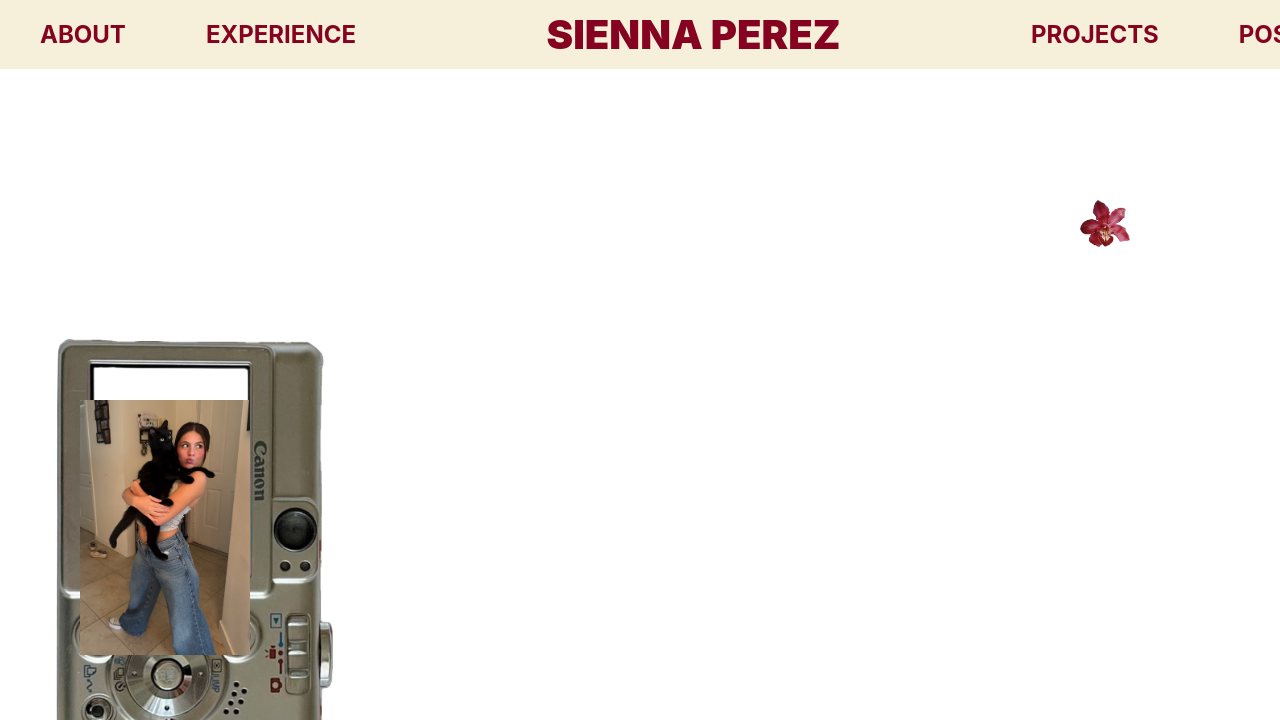
Repository: siennaperez/siennaperezweb
Page: /experience
These files come from the project's save history. The page is drawn as it stood at one moment and after the next save; the edit follows.
The browser window is 1280 px wide. The pictures show the whole page.
The project was rebuilt for these pictures with package versions that can differ from the ones it lists, and the page was loaded fresh each time. Also part of the build but not shown: src/pages/About.css, src/pages/About.js, src/pages/Experience.css, src/pages/Experience.js.

Above is the page before, as saved 2025-09-24 12:49:50.

After the next save:
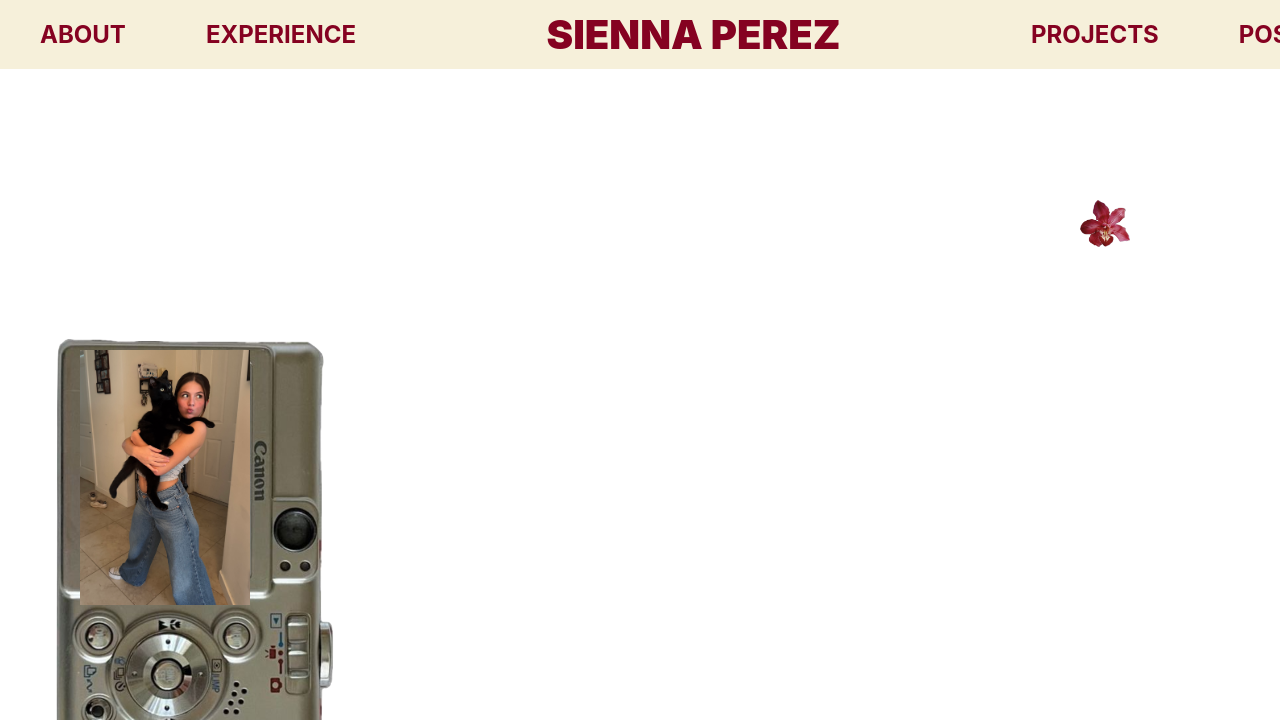
Saved 9 s later.
--- a/src/pages/Home.css
+++ b/src/pages/Home.css
@@ -20,7 +20,7 @@
 .toops-img {
   width: 170px;
   height: auto;
-  top: 400px;
+  top: 350px;
   left: 80px;
   position: fixed
 }
